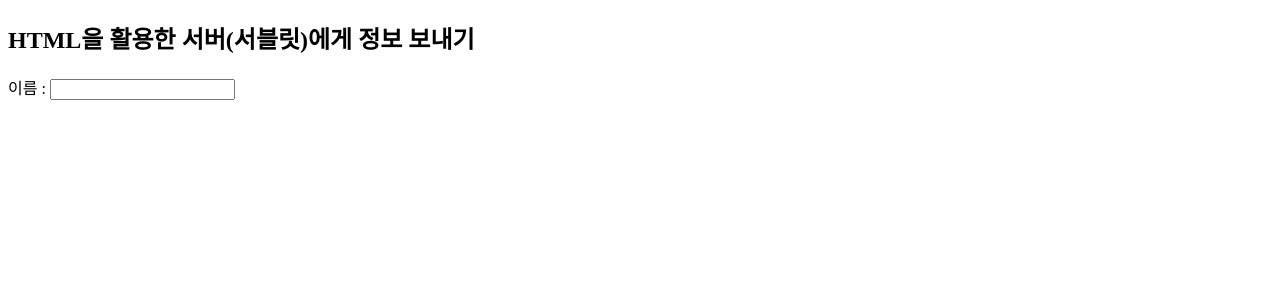
Repository: Kebiskim/2023_jspStudy
Page: 01_servlet/src/main/webapp/view/Ex06.html
An editor plug-in stored every save of this project. The page is shown before and after the next save, followed by the edit.
The browser window is 1280 px wide. The pictures show the whole page.

Above is the page before, as saved 2023-06-30 03:41:05.

After the next save:
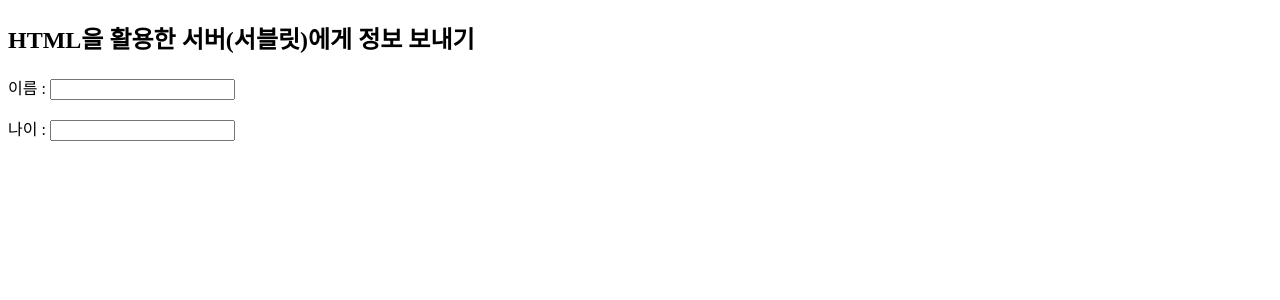
Saved 6 s later.
--- a/01_servlet/src/main/webapp/view/Ex06.html
+++ b/01_servlet/src/main/webapp/view/Ex06.html
@@ -8,6 +8,7 @@
 	<h2>HTML을 활용한 서버(서블릿)에게 정보 보내기</h2>
 	<form action="" method="get">
 		<p><label for="name">이름 : </label><input type="text" name="name" id="name">
+		<p><label for="name">나이 : </label><input type="text" name="name" id="name">
 	</form>
 </body>
 </html>
